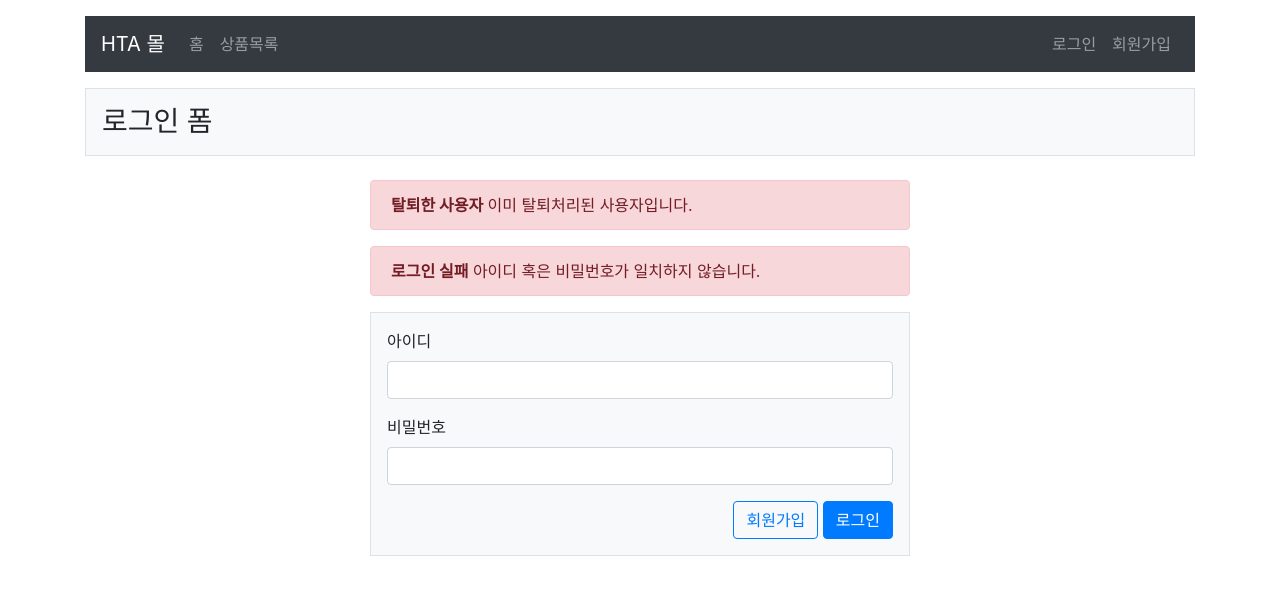
Repository: onuo77/ja_HTA
Page: http://localhost/sample-mybatis/user/loginform.jsp
The author's editor kept a copy of each file at every save. The page is drawn from the files as they stood at one save, then again after a run of saves.
The browser window is 1280 px wide. The pictures show the whole page.
The page is served by Tomcat 9. Other server files are loaded and not shown.

Above is the page before, as saved 2021-05-28 03:50:23.

### java-web/sample-mybatis/src/main/webapp/user/loginform.jsp
<%@ page contentType="text/html; charset=UTF-8" pageEncoding="UTF-8" %>
<!DOCTYPE html>
<html lang="ko">
<head>
	<title>상품몰</title>
 	<meta charset="utf-8">
  	<meta name="viewport" content="width=device-width, initial-scale=1">
  	<link rel="stylesheet" href="https://maxcdn.bootstrapcdn.com/bootstrap/4.5.2/css/bootstrap.min.css">
  	<script src="https://ajax.googleapis.com/ajax/libs/jquery/3.5.1/jquery.min.js"></script>
  	<script src="https://cdnjs.cloudflare.com/ajax/libs/popper.js/1.16.0/umd/popper.min.js"></script>
  	<script src="https://maxcdn.bootstrapcdn.com/bootstrap/4.5.2/js/bootstrap.min.js"></script>
</head>
<body>
<div class="container">
<%
	String navItem = "login";

	String failMessage = request.getParameter("fail");
%>
	<header>
		<%@ include file="../common/header.jsp" %>
	</header>
	<main>
		<div class="row mb-3">
			<div class="col-12">
				<h3 class="border p-3 bg-light">로그인 폼</h3>
			</div>
		</div>
		<div class="row">
		<%
			if ("blank".equals(failMessage)){
		%>
			<div class="col-6 offset-3">
				<div class="alert alert-danger">
					<strong>입력값 누락</strong> 아이디 혹은 비밀번호가 누락되었습니다.
				</div>
			</div>
		<%
			}
		%>
			<div class="col-6 offset-3">
				<div class="alert alert-danger">
					<strong>탈퇴한 사용자</strong> 이미 탈퇴처리된 사용자입니다.
				</div>
			</div>
			<div class="col-6 offset-3">
				<div class="alert alert-danger">
					<strong>로그인 실패</strong> 아이디 혹은 비밀번호가 일치하지 않습니다.
				</div>
			</div>
			<div class="col-6 offset-3">
				<form method="post" action="login.jsp" class="border p-3 bg-light">
					<div class="form-group">
						<label>아이디</label>
						<input type="text" class="form-control" name="id" />
					</div>
					<div class="form-group">
						<label>비밀번호</label>
						<input type="password" class="form-control" name="password" />
					</div>
					<div class="text-right">
						<a href="registerform.jsp" class="btn btn-outline-primary">회원가입</a>
						<button type="submit" class="btn btn-primary">로그인</button>
					</div>
				</form>
			</div>
		</div>
	</main>
</div>
</body>
</html>

### java-web/sample-mybatis/src/main/webapp/common/header.jsp
<%@page import="com.sample.vo.User"%>
<%@ page pageEncoding="UTF-8"%>
<%
	//클라이언트 전용의 세션객체에 "LOGINED_USER_INFO"라는 이름으로 저장된 객체를 조회한다.
	//사용자 인증과정을 통과한 클라이언트라면 세션객체에서 "LOGINED_USER_INFO"라는 이름으로 저장된 객체를
	//찾을 수 있다.
	//loginedUser가 null이 아니면 사용자 인증과정을 통과한 사용자다.
	//loginedUser가 null이면 사용자 인증과정을 수행하지 않았거나, 인증과정을 통과하지 못한 경우다.
	User loginedUser = (User) session.getAttribute("LOGINED_USER_INFO");
%>
<!-- <p><%=loginedUser %></p> -->
<nav class="navbar navbar-expand-sm bg-dark navbar-dark my-3">
	<a class="navbar-brand" href="/sample-mybatis/index.jsp">HTA 몰</a>
  	<ul class="navbar-nav  mr-auto">
    	<li class="nav-item <%="home".equals(navItem) ? "active" : ""%>"><a class="nav-link" href="/sample-mybatis/index.jsp">홈</a></li>
    	<li class="nav-item <%="product".equals(navItem) ? "active" : ""%>"><a class="nav-link" href="/sample-mybatis/product/list.jsp">상품목록</a></li>
    	<%
    		if(loginedUser != null){
    	%>
    	<li class="nav-item"><a class="nav-link" href="#">주문내역</a></li>
    	<%
    		}
    	%>
  	</ul>
  	<ul class="navbar-nav">
  		<!-- 로그인되지 않은 경우 로그인/회원가입이 표시된다. -->
  	<%
  		if (loginedUser == null) {
  	%>
    	<li class="nav-item "><a class="nav-link" href="/sample-mybatis/user/loginform.jsp">로그인</a></li>
    	<li class="nav-item <%="register".equals(navItem) ? "active" : ""%>"><a class="nav-link" href="/sample-mybatis/user/registerform.jsp">회원가입</a></li>
    <%
  		} else {
    %>
    	<!-- 로그인된 경우 사용자이름/로그아웃이 표시된다. -->
    	<li class="nav-item <%="user".equals(navItem) ? "active" : ""%>"><a class="nav-link" href="/sample-mybatis/user/detail.jsp"><%=loginedUser.getName() %></a></li>
    	<li class="nav-item"><a class="nav-link" href="/sample-mybatis/user/logout.jsp">로그아웃</a></li>
    <%
  		}
    %>
  	</ul>
</nav>

After the next 2 saves:
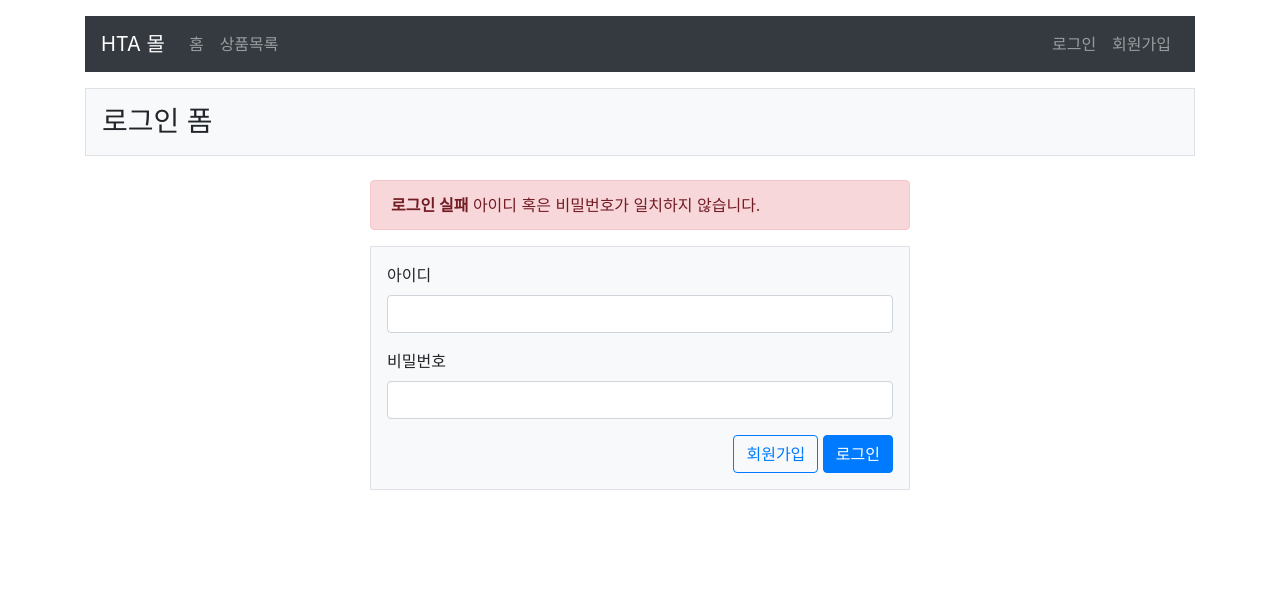
The 2 saves are shown as one change because 1 did not build or start.
The last was saved 50 s later.
--- a/java-web/sample-mybatis/src/main/webapp/user/loginform.jsp
+++ b/java-web/sample-mybatis/src/main/webapp/user/loginform.jsp
@@ -36,13 +36,16 @@
 				</div>
 			</div>
 		<%
-			}
+			} else if("inactive".equals(failMessage)){
 		%>
 			<div class="col-6 offset-3">
 				<div class="alert alert-danger">
 					<strong>탈퇴한 사용자</strong> 이미 탈퇴처리된 사용자입니다.
 				</div>
 			</div>
+		<%
+			}
+		%>
 			<div class="col-6 offset-3">
 				<div class="alert alert-danger">
 					<strong>로그인 실패</strong> 아이디 혹은 비밀번호가 일치하지 않습니다.
